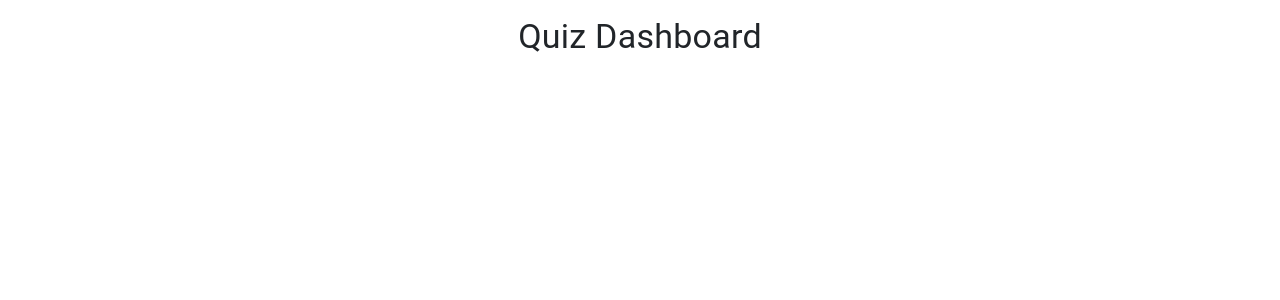
Repository: lalit9168/quizApp
Page: /quizdash (app in frontend/)
An editor plug-in stored every save of this project. The page is shown before and after the next save, followed by the edit.
The browser window is 1280 px wide. The pictures show the whole page.
The page's requests for data from a server got no answer. The project was rebuilt for these pictures with package versions that can differ from the ones it lists, and the page was loaded fresh each time. No one was signed in, and anything a server would have sent is missing. Also part of the build but not shown: frontend/vite.config.js, frontend/src/index.css, frontend/src/Components/Login/Login.jsx, frontend/src/Components/Home/Home.jsx, frontend/src/Components/PrivateRoute.jsx, frontend/src/Components/api.js, frontend/src/Components/Quiz/QuizPage.jsx, frontend/src/Components/Quiz/AttemptQuiz.jsx and 9 more.

Above is the page before, as saved 2025-06-09 14:08:55.

### frontend/index.html
<!doctype html>
<html lang="en">
  <head>
    <meta charset="UTF-8" />
    <link rel="icon" type="image/svg+xml" href="/vite.svg" />
    <meta name="viewport" content="width=device-width, initial-scale=1.0" />
    <title>Vite + React</title>
  </head>
  <body>
    <div id="root"></div>
    <script type="module" src="/src/main.jsx"></script>
    <link
  href="https://cdn.jsdelivr.net/npm/bootstrap@5.3.0/dist/css/bootstrap.min.css"
  rel="stylesheet"
/>
  </body>
</html>

### frontend/src/App.jsx
import { BrowserRouter, Routes, Route } from 'react-router-dom';
import {
  LoginPage,
  HomePage,
  QuizPage,
  PrivateRoute,
  QuizDash,
  AttemptQuiz,
  CreateGuestQuiz,
  GuestQuizEntry,
  GuestAttemptQuiz,
} from './Components/exports';
import AdminSubmissions from './Components/Quiz/AdminSubmissions';

// ✅ New pages for landing and static content
import Hero from './Components/LandingPage/Hero';
import Contact from './Components/LandingPage/Contact';
import Feedback from './Components/LandingPage/Feedback';

function App() {
  return (
    <BrowserRouter>
      <Routes>

        {/* ✅ Landing Page - default entry */}
        <Route path="/" element={<Hero />} />

        {/* ✅ Auth routes */}
        <Route path="/login" element={<LoginPage />} />
        <Route path="/register" element={<LoginPage />} />

        {/* ✅ Protected Home */}
        <Route path="/home" element={<HomePage />} />

        {/* ✅ Admin Routes */}
        <Route
          path="/quiz"
          element={
            <PrivateRoute allowedRoles={['admin']}>
              <QuizPage />
            </PrivateRoute>
          }
        />
        <Route path="/quizdash" element={<QuizDash />} />
        <Route
          path="/admin/submissions"
          element={
            <PrivateRoute allowedRoles={['admin']}>
              <AdminSubmissions />
            </PrivateRoute>
          }
        />
        <Route
          path="/create-guest"
          element={
            <PrivateRoute allowedRoles={['admin']}>
              <CreateGuestQuiz />
            </PrivateRoute>
          }
        />

        {/* ✅ Guest & User Quiz Attempt Routes */}
        <Route path="/attempt/:code" element={<AttemptQuiz />} />
        <Route path="/guest-quiz-entry" element={<GuestQuizEntry />} />
        <Route path="/guest-attempt/:quizCode" element={<GuestAttemptQuiz />} />

        {/* ✅ Static Info Pages */}
        <Route path="/contact" element={<Contact />} />
        <Route path="/feedback" element={<Feedback />} />

      </Routes>
    </BrowserRouter>
  );
}

export default App;

### frontend/src/Components/exports.js
import LoginPage from "./Login/Login";
import HomePage from "./Home/Home";
import PrivateRoute from "./PrivateRoute";
import QuizPage from "./Quiz/QuizPage";
import QuizDash from "./Quiz/QuizDash";
import AttemptQuiz from "./Quiz/AttemptQuiz";
import CreateGuestQuiz from "./Guest/CreateGuestQuiz";
import GuestQuizEntry from "./Guest/GuestQuizEntry";
import GuestAttemptQuiz from "./Guest/GuestAttemptQuiz";

export {
    LoginPage,
    HomePage,
    PrivateRoute,
    QuizPage,
    QuizDash,
    AttemptQuiz,
    CreateGuestQuiz,
    GuestQuizEntry,
    GuestAttemptQuiz,
}

### frontend/src/Components/Quiz/QuizDash.jsx
import React, { useEffect, useState } from "react";
import axios from "axios";
import {
  Box,
  Typography,
  Card,
  CardContent,
  Grid,
  Button,
  Table,
  TableBody,
  TableCell,
  TableContainer,
  TableHead,
  TableRow,
  Paper,
} from "@mui/material";
import { useNavigate } from "react-router-dom";
import { jwtDecode } from "jwt-decode";
import * as XLSX from "xlsx";
import { saveAs } from "file-saver";

function QuizDash() {
  const [quizzes, setQuizzes] = useState([]);
  const [loading, setLoading] = useState(true);
  const [isAdmin, setIsAdmin] = useState(false);
  const [showSubmissions, setShowSubmissions] = useState(false);
  const [submissionsData, setSubmissionsData] = useState([]);
  const [singleQuizView, setSingleQuizView] = useState(null);

  const navigate = useNavigate();
  const token = localStorage.getItem("token");

  const fetchQuizzes = async () => {
    try {
      const res = await axios.get("http://localhost:5001/api/quizzes/all");
      setQuizzes(res.data);
    } catch (error) {
      console.error("Error fetching quizzes", error);
    } finally {
      setLoading(false);
    }
  };

  const fetchAllSubmissions = async () => {
    try {
      const res = await axios.get(
        "http://localhost:5001/api/quizzes/submissions/all",
        { headers: { Authorization: `Bearer ${token}` } }
      );
      setSubmissionsData(res.data);
      setSingleQuizView(null);
      setShowSubmissions(true);
    } catch (err) {
      console.error("Failed to fetch submissions", err);
    }
  };

  const fetchSubmissionsForQuiz = async (quizCode) => {
    try {
      const res = await axios.get(
        `http://localhost:5001/api/quizzes/submissions/${quizCode}`,
        { headers: { Authorization: `Bearer ${token}` } }
      );
      setSingleQuizView({ quizCode, submissions: res.data });
      setShowSubmissions(false);
    } catch (err) {
      console.error("Failed to fetch quiz submissions", err);
    }
  };

  const handleDelete = async (quizCode) => {
    if (!window.confirm("Are you sure you want to delete this quiz?")) return;

    try {
      await axios.delete(`http://localhost:5001/api/quizzes/${quizCode}`, {
        headers: { Authorization: `Bearer ${token}` },
      });
      setQuizzes((prev) => prev.filter((q) => q.quizCode !== quizCode));
    } catch (err) {
      console.error("Failed to delete quiz", err);
    }
  };

  const downloadExcelForQuiz = async (quizCode, quizTitle) => {
    try {
      const res = await axios.get(
        `http://localhost:5001/api/quizzes/submissions/${quizCode}`,
        { headers: { Authorization: `Bearer ${token}` } }
      );

      const flatData = res.data.map((sub) => ({
        "Quiz Title": quizTitle,
        "Quiz Code": quizCode,
        "User Email": sub.email,
        Score: sub.score,
      }));

      if (flatData.length === 0) {
        alert("No submissions to export for this quiz.");
        return;
      }

      const worksheet = XLSX.utils.json_to_sheet(flatData);
      const workbook = XLSX.utils.book_new();
      XLSX.utils.book_append_sheet(workbook, worksheet, "Submissions");

      const wbout = XLSX.write(workbook, { bookType: "xlsx", type: "array" });
      const blob = new Blob([wbout], { type: "application/octet-stream" });
      saveAs(blob, `${quizTitle}_${quizCode}_submissions.xlsx`);
    } catch (err) {
      console.error("Error downloading Excel for quiz", err);
    }
  };

  useEffect(() => {
    fetchQuizzes();
    if (token) {
      const decoded = jwtDecode(token);
      if (decoded.role === "admin") setIsAdmin(true);
    }
  }, []);

  return (
    <Box p={2}>
      <Typography variant="h4" gutterBottom align="center">
        Quiz Dashboard
      </Typography>

      {isAdmin && (
        <Box mb={2} display="flex" justifyContent="center">
          <Button variant="contained" onClick={fetchAllSubmissions}>
            View All Submissions
          </Button>
        </Box>
      )}

      {showSubmissions &&
        (submissionsData.length === 0 ? (
          <Typography>No submissions yet.</Typography>
        ) : (
          submissionsData.map((quiz) => (
            <Box key={quiz.quizCode} mb={4}>
              <Typography variant="h6">
                {quiz.title} ({quiz.quizCode})
              </Typography>
              <TableContainer component={Paper}>
                <Table size="small">
                  <TableHead>
                    <TableRow>
                      <TableCell>Email</TableCell>
                      <TableCell>Score</TableCell>
                    </TableRow>
                  </TableHead>
                  <TableBody>
                    {quiz.submissions.map((sub, idx) => (
                      <TableRow key={idx}>
                        <TableCell>{sub.email}</TableCell>
                        <TableCell>{sub.score}</TableCell>
                      </TableRow>
                    ))}
                  </TableBody>
                </Table>
              </TableContainer>
            </Box>
          ))
        ))}

      {singleQuizView && (
        <Box mb={4}>
          <Typography variant="h6">
            Submissions for {singleQuizView.quizCode}
          </Typography>
          {singleQuizView.submissions.length === 0 ? (
            <Typography>No submissions yet.</Typography>
          ) : (
            <TableContainer component={Paper}>
              <Table size="small">
                <TableHead>
                  <TableRow>
                    <TableCell>Email</TableCell>
                    <TableCell>Score</TableCell>
                  </TableRow>
                </TableHead>
                <TableBody>
                  {singleQuizView.submissions.map((sub, idx) => (
                    <TableRow key={idx}>
                      <TableCell>{sub.email}</TableCell>
                      <TableCell>{sub.score}</TableCell>
                    </TableRow>
                  ))}
                </TableBody>
              </Table>
            </TableContainer>
          )}
        </Box>
      )}

      {loading ? (
        <Typography>Loading quizzes...</Typography>
      ) : (
        <Grid container spacing={2}>
          {quizzes.map((quiz) => (
            <Grid item xs={12} sm={6} md={4} key={quiz._id}>
              <Card>
                <CardContent>
                  <Typography variant="h6">
                    {quiz.title || "Untitled Quiz"}
                  </Typography>
                  <Typography variant="body2">
                    Code: {quiz.quizCode}
                  </Typography>
                  <Typography variant="body2">
                    Questions: {quiz.questions?.length || 0}
                  </Typography>

                  {!isAdmin && (
                    <Button
                      variant="contained"
                      onClick={() => navigate(`/attempt/${quiz.quizCode}`)}
                      fullWidth
                      sx={{ mt: 1 }}
                    >
                      Attempt
                    </Button>
                  )}

                  {isAdmin && (
                    <Box mt={1} display="flex" flexDirection="column" gap={1}>
                      <Button
                        variant="outlined"
                        onClick={() => handleDelete(quiz.quizCode)}
                      >
                        Delete
                      </Button>
                      <Button
                        variant="outlined"
                        onClick={() => fetchSubmissionsForQuiz(quiz.quizCode)}
                      >
                        View
                      </Button>
                      <Button
                        variant="outlined"
                        onClick={() =>
                          downloadExcelForQuiz(quiz.quizCode, quiz.title)
                        }
                      >
                        Download Excel
                      </Button>
                    </Box>
                  )}
                </CardContent>
              </Card>
            </Grid>
          ))}
        </Grid>
      )}
    </Box>
  );
}

export default QuizDash;

Loaded but not shown: frontend/src/main.jsx (common file)

After the next save:
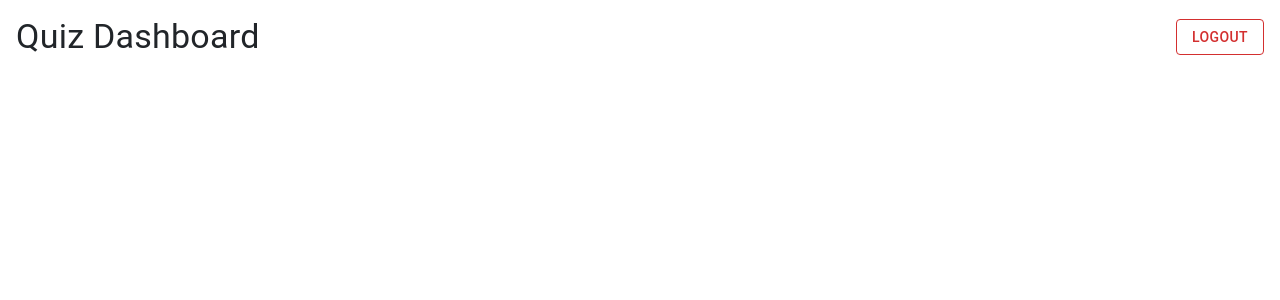
Saved 3 min 20 s later.
--- a/frontend/src/Components/Quiz/QuizDash.jsx
+++ b/frontend/src/Components/Quiz/QuizDash.jsx
@@ -113,6 +113,12 @@ function QuizDash() {
     }
   };
 
+  const handleLogout = () => {
+    localStorage.removeItem("token");
+    localStorage.removeItem("role");
+    navigate("/");
+  };
+
   useEffect(() => {
     fetchQuizzes();
     if (token) {
@@ -123,9 +129,24 @@ function QuizDash() {
 
   return (
     <Box p={2}>
-      <Typography variant="h4" gutterBottom align="center">
-        Quiz Dashboard
-      </Typography>
+      {/* Header with Logout */}
+      <Box display="flex" justifyContent="space-between" alignItems="center" mb={2}>
+        <Typography variant="h4">Quiz Dashboard</Typography>
+        <Button
+          variant="outlined"
+          onClick={handleLogout}
+          sx={{
+            color: "#d32f2f",
+            borderColor: "#d32f2f",
+            "&:hover": {
+              backgroundColor: "#ffebee",
+              borderColor: "#b71c1c",
+            },
+          }}
+        >
+          Logout
+        </Button>
+      </Box>
 
       {isAdmin && (
         <Box mb={2} display="flex" justifyContent="center">
